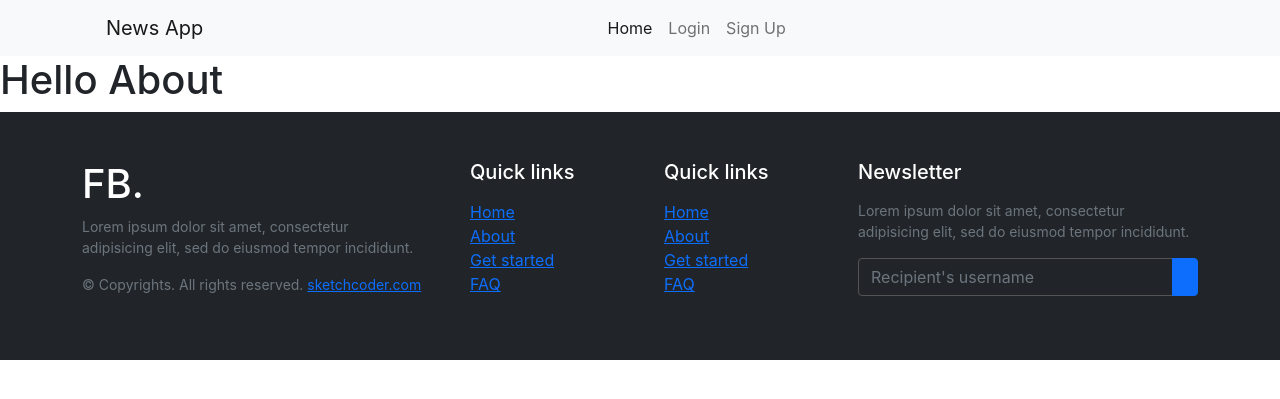
Repository: ZainAkbar51214/News-Site
Page: /about
These files come from the project's save history. The page is drawn as it stood at one moment and after the next save; the edit follows.
The browser window is 1280 px wide. The pictures show the whole page.
The project was rebuilt for these pictures with package versions that can differ from the ones it lists, and the page was loaded fresh each time. A package was used in the major version that the imports need, not the one package.json lists. Also part of the build but not shown: src/App.css, src/Components/Layouts/NewsItem.js, src/Components/Layouts/News.js, src/Components/pages/Home.jsx.

Above is the page before, as saved 2023-12-18 00:14:45.

### public/index.html
<!DOCTYPE html>
<html lang="en">
  <head>
    <meta charset="utf-8" />
    <link rel="icon" href="%PUBLIC_URL%/favicon.ico" />
    <meta name="viewport" content="width=device-width, initial-scale=1" />
    <meta name="theme-color" content="#000000" />
    <meta
      name="description"
      content="Web site created using create-react-app"
    />
    <link rel="apple-touch-icon" href="%PUBLIC_URL%/logo192.png" />

    <link rel="manifest" href="%PUBLIC_URL%/manifest.json" />

    <title>News App</title>
    <!-- Bootstrap cdn -->
    <link href="https://cdn.jsdelivr.net/npm/bootstrap@5.0.2/dist/css/bootstrap.min.css" rel="stylesheet" integrity="sha384-EVSTQN3/azprG1Anm3QDgpJLIm9Nao0Yz1ztcQTwFspd3yD65VohhpuuCOmLASjC" crossorigin="anonymous">
  </head>
  <body>
    <noscript>You need to enable JavaScript to run this app.</noscript>
    <div id="root"></div>


    <!-- Bootstrap Script -->
    <script src="https://cdn.jsdelivr.net/npm/@popperjs/core@2.9.2/dist/umd/popper.min.js" integrity="sha384-IQsoLXl5PILFhosVNubq5LC7Qb9DXgDA9i+tQ8Zj3iwWAwPtgFTxbJ8NT4GN1R8p" crossorigin="anonymous"></script>
<script src="https://cdn.jsdelivr.net/npm/bootstrap@5.0.2/dist/js/bootstrap.min.js" integrity="sha384-cVKIPhGWiC2Al4u+LWgxfKTRIcfu0JTxR+EQDz/bgldoEyl4H0zUF0QKbrJ0EcQF" crossorigin="anonymous"></script>
  </body>
</html>

### src/App.js
import React from "react";
import {
  BrowserRouter,
  Routes,
  Route
} from "react-router-dom";
import Home from './Components/pages/Home';
import Navbar from './Components/Header/Navbar';
import Footer from './Components/Footer/Footer';
import Login from "./Components/pages/Login";

function App() {
  return (
    <BrowserRouter>
      <Navbar />
        <Routes>
          <Route path="/" element={<Home />}></Route>
          <Route path="/about" element={<Login />}></Route>
        </Routes>
      <Footer />
  </BrowserRouter>
  );
}

export default App;

### src/Components/Header/Navbar.jsx
import React, { Component } from 'react';
import { Link } from 'react-router-dom';

class Navbar extends Component {
    render() {
        return (
            <div>
                <div className="container-fluid bg-light">
                <div className="container">
                    <div className="row">
                        <div className="col-md-12">
                            <nav className="navbar navbar-expand-lg navbar-light">
                                <div className="container-fluid">
                                    <Link className="navbar-brand" to="/">News App</Link>
                                    <button className="navbar-toggler" type="button" data-bs-toggle="collapse" data-bs-target="#navbarSupportedContent" aria-controls="navbarSupportedContent" aria-expanded="false" aria-label="Toggle navigation">
                                        <span className="navbar-toggler-icon"></span>
                                    </button>
                                    <div className="collapse navbar-collapse" id="navbarSupportedContent">
                                        <ul className="navbar-nav mx-auto mb-2 mb-lg-0">
                                            <li className="nav-item">
                                                <Link className="nav-link active" aria-current="page" to="/">Home</Link>
                                            </li>
                                            <li className="nav-item">
                                                <Link className="nav-link" to="/about">Login</Link>
                                            </li>
                                            <li className="nav-item">
                                                <Link className="nav-link" to="/about">Sign Up</Link>
                                            </li>
                                        </ul>
                                    </div>
                                </div>
                            </nav>
                        </div>
                    </div>
                </div>
            </div>
            </div>
        );
    }
}

export default Navbar;

### src/Components/Footer/Footer.jsx
import React from "react";
import { Link } from "react-router-dom";
import '../Footer/Footer.css';

const Navbar = () => {
    return (
        <>
            <div className="d-flex flex-column h-100">
                {/* <!-- FOOTER --> */}
                <footer className="w-100 py-4 flex-shrink-0">
                    <div className="container py-4">
                        <div className="row gy-4 gx-5">
                            <div className="col-lg-4 col-md-6">
                                <h5 className="h1 text-white">FB.</h5>
                                <p className="small text-muted">Lorem ipsum dolor sit amet, consectetur adipisicing elit, sed do eiusmod tempor incididunt.</p>
                                <p className="small text-muted mb-0">&copy; Copyrights. All rights reserved. <Link className="text-primary" to="https://sketchcoder.com" target="_blank">sketchcoder.com</Link></p>
                            </div>
                            <div className="col-lg-2 col-md-6">
                                <h5 className="text-white mb-3">Quick links</h5>
                                <ul className="list-unstyled text-muted">
                                    <li><Link to="#">Home</Link></li>
                                    <li><Link to="#">About</Link></li>
                                    <li><Link to="#">Get started</Link></li>
                                    <li><Link to="#">FAQ</Link></li>
                                </ul>
                            </div>
                            <div className="col-lg-2 col-md-6">
                                <h5 className="text-white mb-3">Quick links</h5>
                                <ul className="list-unstyled text-muted">
                                    <li><Link to="#">Home</Link></li>
                                    <li><Link to="#">About</Link></li>
                                    <li><Link to="#">Get started</Link></li>
                                    <li><Link to="#">FAQ</Link></li>
                                </ul>
                            </div>
                            <div className="col-lg-4 col-md-6">
                                <h5 className="text-white mb-3">Newsletter</h5>
                                <p className="small text-muted">Lorem ipsum dolor sit amet, consectetur adipisicing elit, sed do eiusmod tempor incididunt.</p>
                                <form action="#">
                                    <div className="input-group mb-3">
                                        <input className="form-control" type="text" placeholder="Recipient's username" aria-label="Recipient's username" aria-describedby="button-addon2" />
                                        <button className="btn btn-primary" id="button-addon2" type="button"><i className="fas fa-paper-plane"></i></button>
                                    </div>
                                </form>
                            </div>
                        </div>
                    </div>
                </footer>
            </div>
        </>
    )
}

export default Navbar;

### src/Components/pages/Login.jsx
import React, { Component } from 'react';

class About extends Component {
    render() {
        return (
            <div>
                <h1>Hello About</h1>
            </div>
        );
    }
}

export default About;

### src/Components/Footer/Footer.css
/* ==========================================
    FOR DEMO PURPOSE
  ========================================== */

  .text-small {
    font-size: 0.9rem;
  }

  .form-control {
    background: #212529;
    border-color: #545454;
  }

  .form-control:focus {
    background: #212529;
  }

  footer {
    background: #212529;
  }

Loaded but not shown: src/index.js (common file); src/index.css (common file); src/reportWebVitals.js (common file)

After the next save:
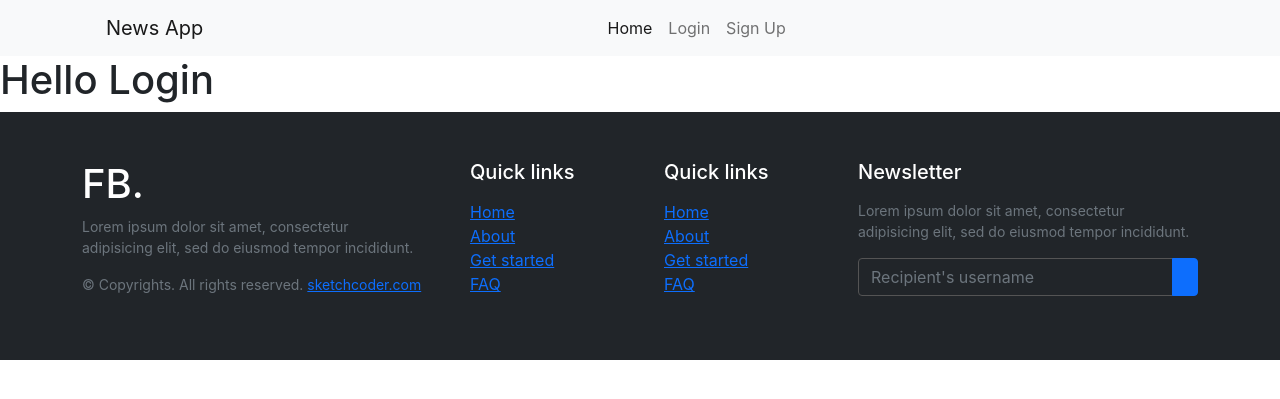
Saved 11 s later.
--- a/src/Components/pages/Login.jsx
+++ b/src/Components/pages/Login.jsx
@@ -4,7 +4,7 @@ class About extends Component {
     render() {
         return (
             <div>
-                <h1>Hello About</h1>
+                <h1>Hello Login</h1>
             </div>
         );
     }
